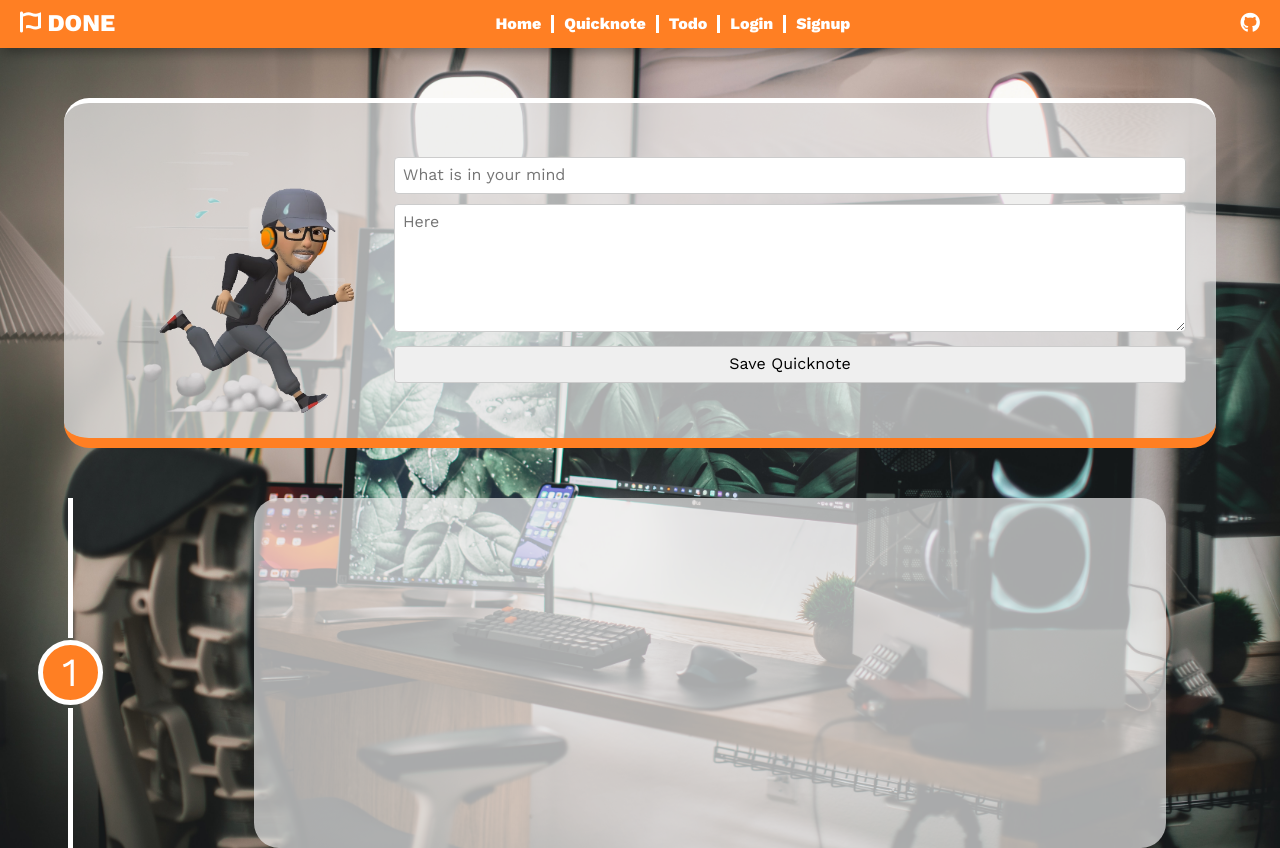
Repository: OmarEssameldinMousa/DONE
Page: quicknote.html
An editor plug-in stored every save of this project. The page is shown before and after the next save, followed by the edit.
The browser window is 1280 px wide. The pictures show the whole page.
Backgrounds fixed to the window are drawn as part of the page. Some web fonts or font styles are not loaded; a fallback is used.

Above is the page before, as saved 2023-12-18 01:45:44.

### quicknote.html
<!DOCTYPE html>
<html lang="en">

<head>
    <meta charset="UTF-8">
    <meta http-equiv="X-UA-Compatible" content="IE=edge">
    <meta name="viewport" content="width=device-width, initial-scale=1.0">
    <title>My Challenges</title>
    <!-- Render All Elements Normally -->
    <link rel="stylesheet" href="css/normalize.css">
    <!-- Font Awesome Library -->
    <link rel="stylesheet" href="css/all.min.css">
    <!-- Main Template CSS File -->
    <link rel="stylesheet" href="CSS/styles.css">
    <link rel="stylesheet" href="css/challenges.css">
    <!-- Google Fonts -->
    <link rel="preconnect" href="https://fonts.googleapis.com">
    <link rel="preconnect" href="https://fonts.gstatic.com" crossorigin>
    <link
        href="https://fonts.googleapis.com/css2?family=Kablammo&family=VT323&family=Work+Sans:wght@200;300;400;500;600;800&display=swap"
        rel="stylesheet">
    <link rel="preconnect" href="https://fonts.googleapis.com" />
    <link rel="preconnect" href="https://fonts.gstatic.com" crossorigin />
    <link href="https://fonts.googleapis.com/css2?family=Cairo:wght@300;400;700&display=swap" rel="stylesheet" />
</head>

<body>
    <header>
        <nav>
            <!-- Logo with Font Awesome Icon -->
            <div class="logo">
                <i class="fab fa-font-awesome-flag"></i> DONE
            </div>

            <!-- Left-side Navigation Links -->
            <ul class="navlist">
                <li><a href="index.html">Home</a></li>
                <li><a href="quicknote.html">Quicknote</a></li>
                <li><a href="mytasks.html">Todo</a></li>
                <li><a href="#">Login</a></li>
                <li><a href="#">Signup</a></li>
            </ul>

            <!-- Right-side GitHub Icon -->
            <div class="github-icon">
                <a rel="" href="https://github.com/yourusername" target="_blank">
                    <i class="fab fa-github" style="color: white;"></i>
                </a>
            </div>
        </nav>
    </header>

    <div class="addnote">
        <div class="ch_" style="margin: 0px;
        height: auto;">
            <div class="container1 container1addnote">
                <img src="images/omar4.png" alt="">
                <div class="inputfield">
                    <div class="inputtitle">
                        <input type="text" name="title" id="notetitle" placeholder="What is in your mind">
                    </div>
                    <div class="inputnote">
                        <textarea name="notedata" id="notedata" placeholder="Here" rows="6"></textarea>
                    </div>
                    <input type="button" value="Save Quicknote">
                </div>
            </div>
        </div>
    </div>

    <div class="Challenges-website">

        <div class="bar">
            <div class="repated-line-circle">
                <div class="line-circle">
                    <div class="upper-line">
                    </div>
                    <a href="https://elzero.org/frontend-card-with-transparent-img/" target="_self">
                        <div class="circle">
                            <p>1</p>
                        </div>
                    </a>
                    <div class="lower-line"></div>
                </div>
            </div>
        </div>

        <div class="challenges">
            <div class="ch_">
                <div class="container1">
                </div>
            </div>
        </div>

    </div>
</body>

</html>

### CSS/styles.css
/* Start Variables */
:root{
    --main-color: rgba(235, 235, 235, 0.6);
    --secondery-color: #ff7f23;
    --third-color:#333;
}
/* End Variables */
/* Special Heading */
.special-heading{
    color: #ebeced;
    font-size: 100px;
    text-align: center;
    font-weight: 800;
    letter-spacing: -3px;
    margin: 0;

}
.special-heading + p{
    margin-top: -30px;
    text-align: center;
    font-size: 20px;
    color: #797979;
}
/* End Special Heading */
/* Start Global Rules */
*{
    -webkit-box-sizing: border-box;
    -moz-box-sizing: border-box;
    box-sizing: border-box;
}

body{

    font-family: 'Kablammo', cursive;
    font-family: 'Work Sans', sans-serif;
    background-color: #797979;

}

.container{
    padding-left: 15px;
    padding-right: 15px;
    margin-left: auto;
    margin-right: auto;
    background-color: #fff;
    margin: auto;
    width: 600px;
}

/*very small screens*/
@media (max-width: 767px){
    .container{
        .special-heading{
            font-size: 60px;
        }
        .special-heading + p{
            margin-top: -20px;
        }

        .landing{
            flex-direction: column;
            text-align: center;
        }
    }
    .navlist{
        display: none;
    }


}
/*small screens*/
@media (min-width: 768px){
    .container{
        width: 750px;
    }
}
/*Medium screens*/
@media (min-width: 992px){
    .container{
        width: 970px;
    }
}
/*Large screens*/
@media (min-width: 1200px){
    .container{
        width: 1170px;
    }
}
/* End Global Rules */


html{
    scroll-behavior: smooth;
}
/* navigation bar */

nav {
    background-color:  var(--secondery-color);
    color: white;
    display: flex;
    align-items: center;
    justify-content: space-between;
    padding: 10px 20px;
    box-shadow: 5px 5px 10px rgba(0, 0, 0, 0.3);
}
nav ul {
    list-style: none;
    margin: 0;
    padding: 0;
    display: flex;
}
nav ul li {
    margin-right: 10px;
    font-weight: bold;
}
nav ul li:not(:last-child) {
    border-right: solid 3px white;
    padding-right: 10px;
}
nav ul li a {
    text-decoration: none;
    color: white;
}
nav ul li a:hover {
    color: var(--main-color); /* Change color on hover */
}
.logo {
    font-size: 24px;
    font-weight: bold;
}
.github-icon {
    font-size: 20px;
    color: white;
}

.heading{
    display: flex;
    align-items: center;
    justify-content: center;
    margin-top: 50px;
    height: auto;
}

.landing{
    width: 100%;

    background-color: none;
    display: flex;
    flex-direction: row;

}

.landing h1{
    color: var(--secondery-color);
    font-size: 50px;
    font-weight: 900;
    padding: 30px;
}
.landing p{
    font-size: 20px;
}
.landing .logoimage img{
    width: 400px;
    position: relative;
    animation: topdown 2s ease-in-out infinite;
}

.landing .landingtext .buttons{
    margin: 30px;
    top: 150px;
}
@keyframes topdown {
    0%, 100% {
        top: 0; /* Starting and ending position (top) */
    }
    50% {
        top: 5px; /* Middle position (top) */
    }
}


.explore{
    height: auto;
    text-align: center;
    display: block;
    padding: 10px;
    transition: 0.3s;
    width: min-content;
    margin: 30px auto ;
}
.explore a,
.explore h1{
    color: var(--secondery-color);
    font-weight: 900;
    transform: 0.3s;
    text-decoration: none;
}

.landing .logoimage{
    position: relative;
}
.explore a:hover,
.explore:hover{
    background-color:var(--secondery-color);
    border-radius: 20px;
    color: #ebeced;
    cursor: pointer;
}



/* to do demo */
.tododemo{
    height: 100vh;
    background-color: var(--secondery-color);
    box-shadow: rgba(0, 0, 0, 0.3) 0px -4px 20px 9px;

}

### CSS/challenges.css
* {
    -webkit-box-sizing: border-box;
    -moz-box-sizing: border-box;
    box-sizing: border-box;
    padding: 0;
    margin: 0;
}
a {
    text-decoration: none;
    color: black;
}
ul {
    list-style: none;
    margin: 0;
    padding: 0;
}
html {
    scroll-behavior: smooth;
}
body {
    /* background-image: linear-gradient(90deg, #ff7f23  , rgba(235, 235, 235, 0.6)  ); */
    background-image: url(../images/backgroundimage.jpg);
    background-size: cover;
    background-repeat: no-repeat;
    background-attachment: fixed;
}
@media (max-width: 767px){
    body{
        background-image: url(../images/ben-kolde-bs2Ba7t69mM-unsplash.jpg)
    }
    .bar{
        display: none;
    }
    /* .challenges .container1{
        width: 400px;
    }*/
    .ch_:hover .container1{
        width: calc(50%);
        height: 550px;
        background-color: rgba(211, 211, 211, 0.6);
    }

}
/*small screens*/
@media (min-width: 768px){
    /* .container1{
        width: 600px;
    } */
}
/*Medium screens*/
@media (min-width: 992px){
    /* .container1{
        width: 800px;
    } */
}
/*Large screens*/
@media (min-width: 1200px){
    /* .container1{
        width: 1000px;
    } */
}
.Challenges-website{
    display: flex;


}
/*start bar*/
.Challenges-website .bar{
    width: 140px;
    padding: 0 67.5px;
    height: auto;
}
.Challenges-website .bar .repated-line-circle{
    width: 5px;
    height: 100%;
}
.Challenges-website .bar .line-circle{
    display: flex;
    flex-direction: column;
    width: 100%;
    height: 100%;
    justify-content: space-between;
    align-items: center;
}
.Challenges-website .bar .line-circle .upper-line{
    width: 100%;
    height: 40%;
    background-color: white;

}
.Challenges-website .bar .line-circle .circle{
    width: 65px;
    height: 65px;
    background-color: #ff7f23;
    border-radius: 50%;
    text-align: center;
    position: relative;
    transition: 0.3s;
    border: 5px solid white;
}
.Challenges-website .bar:hover .circle{
    width: 110px;
    height: 110px;
    border-radius: 40%;

}
.Challenges-website .bar:hover .circle + p{
    font-size: 70px;
    color: white
}
.Challenges-website .bar .line-circle .circle p{
    position: absolute;
    left: 50%;
    top: 50%;
    transform: translate(-50%, -50%);
    font-size: 40px;
    color: white;
}
.line-circle .circle p a{
    text-decoration: none;
}
.Challenges-website .bar .line-circle .lower-line{
    width: 5px;
    height: 40%;
    background-color: white;
}
/*end bar*/
/* start challenges*/
.Challenges-website .challenges{
    display: flex;
    flex: 1;
    justify-content: center;
    background-color: transparent;
    flex-direction: column;
    height: auto;
}
.ch_{
    height: auto;
    padding-top: 0px;
    position: relative;
}

.container1{
    background-color: rgba(235, 235, 235, 0.694);
    width: 80%;
    height: 350px;
    margin: 0px auto;
    border-radius: 25px;
    border-width: 0;
    transition: 0.3s;
    position: relative;
}
.ch_:hover .container1{
    width: calc(80% + 20px);
    height: 360px;
    background-color: rgba(211, 211, 211, 0.6);
}


.container1addnote{
    border-bottom: #ff7f23 solid 10px;
    border-top: white solid 5px;
    margin: 50px auto;
    min-height: 300px;
    width: 90%;

    display: flex;
    align-items: center;
    /* Adjust spacing as needed */
    justify-content: center;
    padding: 30px;
    /* Optional: To adjust the width of the container */


}

/* ---------------------------------------------------------------------------------------- */


.flex-container {
    display: flex;
    align-items: center;
    /* Optional: To adjust spacing between image and inputs */
    gap: 20px;
}

.inputfield {
    display: flex;
    flex: 1;
    flex-direction: column;
    gap: 10px;
}

.inputtitle input,
.inputnote textarea,
input[type="button"] {
    width: 100%;

    /* Optional: Add other styles as needed */
    padding: 8px;
    border: 1px solid #ccc;
    border-radius: 4px;
}
.inputnote input{
    min-height: 40%;
    flex: 1;
}
img {
    max-width: 300px; /* Adjust the size of the image */
    height: auto;
}

Loaded but not shown: CSS/normalize.css (library); CSS/all.min.css (library)

After the next save:
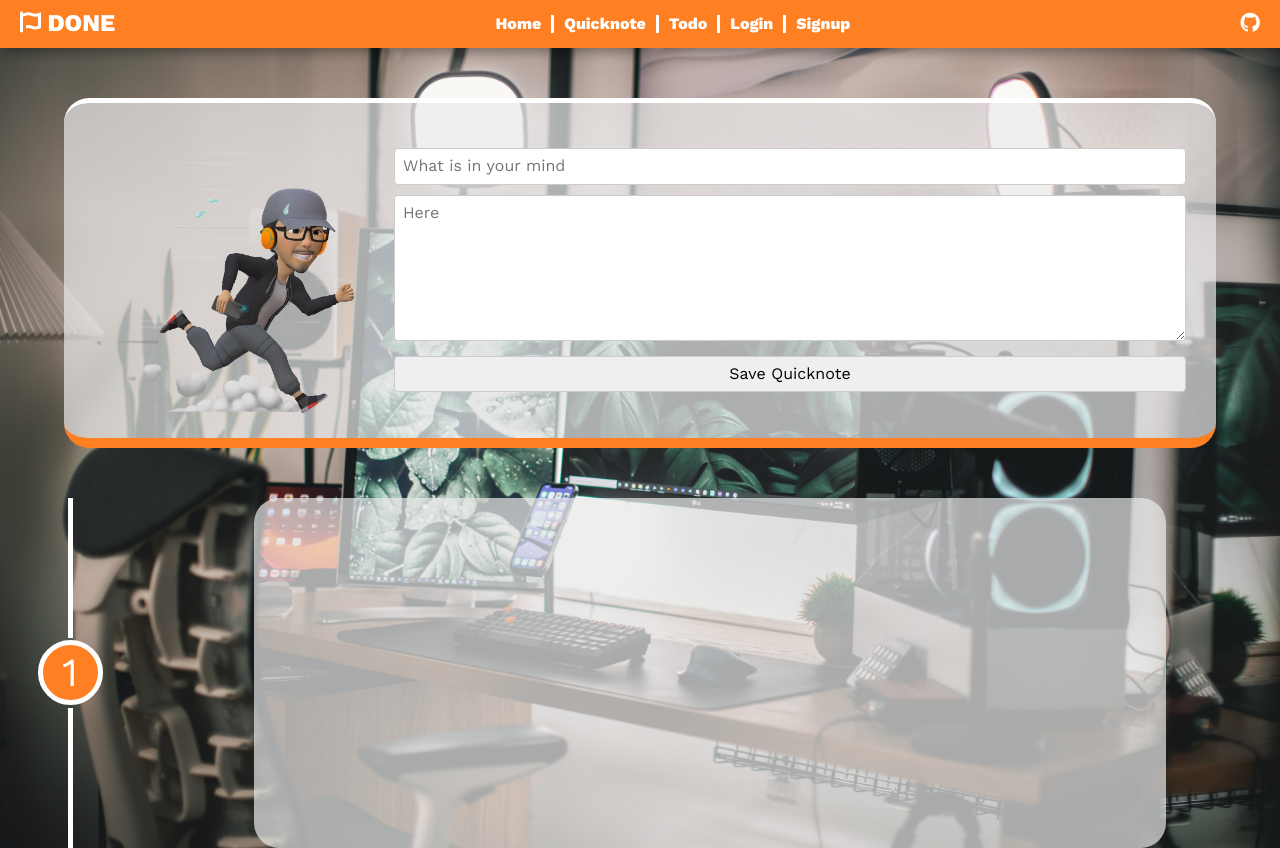
Saved 6 s later.
--- a/quicknote.html
+++ b/quicknote.html
@@ -60,7 +60,7 @@
                         <input type="text" name="title" id="notetitle" placeholder="What is in your mind">
                     </div>
                     <div class="inputnote">
-                        <textarea name="notedata" id="notedata" placeholder="Here" rows="6"></textarea>
+                        <textarea name="notedata" id="notedata" placeholder="Here" rows="7"></textarea>
                     </div>
                     <input type="button" value="Save Quicknote">
                 </div>
